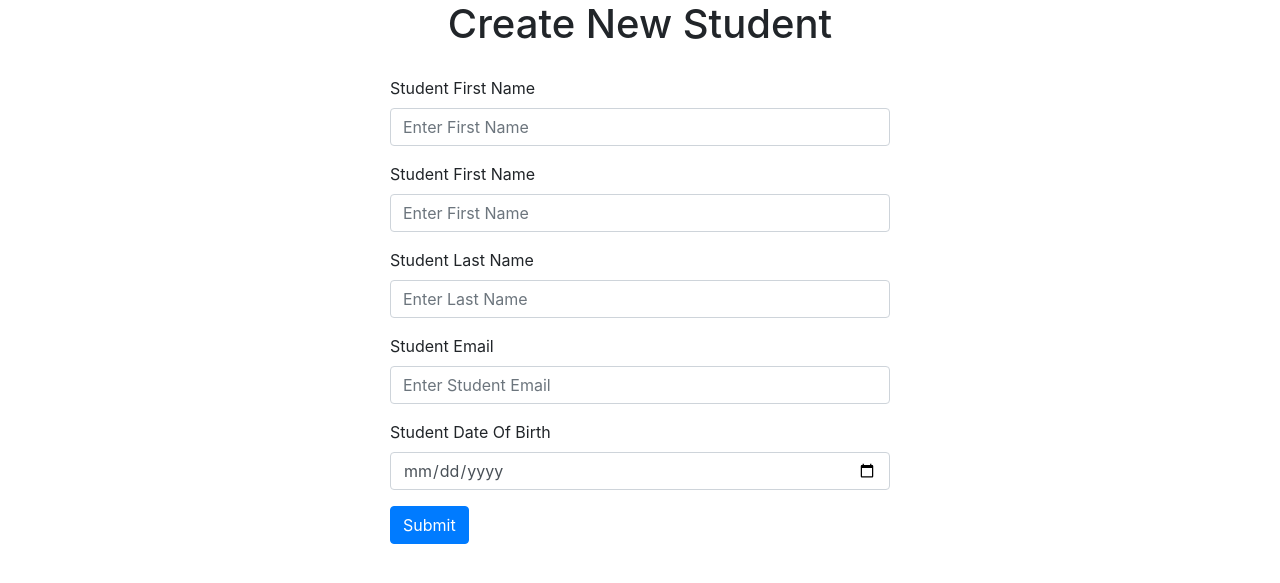
Repository: Frawatson/sms
Page: http://localhost/create_students
The author's editor kept a copy of each file at every save. The page is drawn from the files as they stood at one save, then again after the next save.
The browser window is 1280 px wide. The pictures show the whole page.
The page is this project's Thymeleaf template; nobody is signed in. The template is opened directly, without the code that normally fills it, so the values that code supplies are empty.

Above is the page before, as saved 2023-06-29 20:07:42.

After the next save:
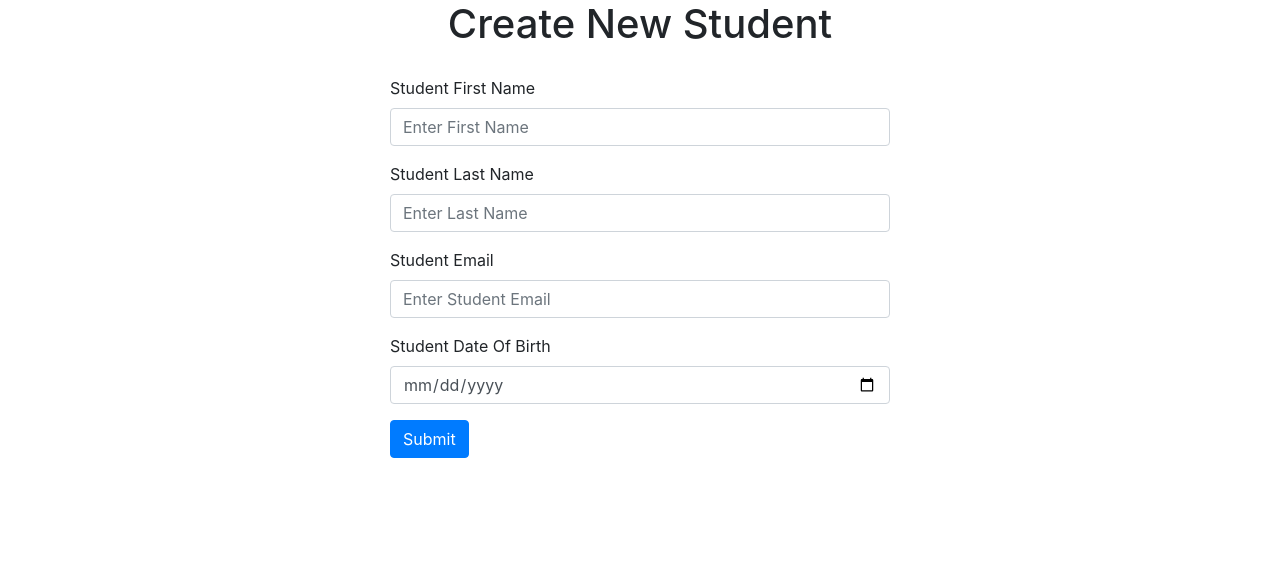
Saved 108 s later.
--- a/corp/src/main/resources/templates/create_students.html
+++ b/corp/src/main/resources/templates/create_students.html
@@ -15,17 +15,6 @@
 				<h1 class="text-center">Create New Student</h1>
 				<div class="card-body">
 					<form th:action="@{/students}" th:object = "${Students}" method="post">
-						<div class="form-group">
-							<label>Student First Name</label>
-							<input
-							type="text"
-							name="firstname"
-							th:field = "firstname"
-							class="form-control"
-							placeholder="Enter First Name"
-							/>
-						</div>
-
 						<div class="form-group">
 							<label>Student First Name</label>
 							<input
